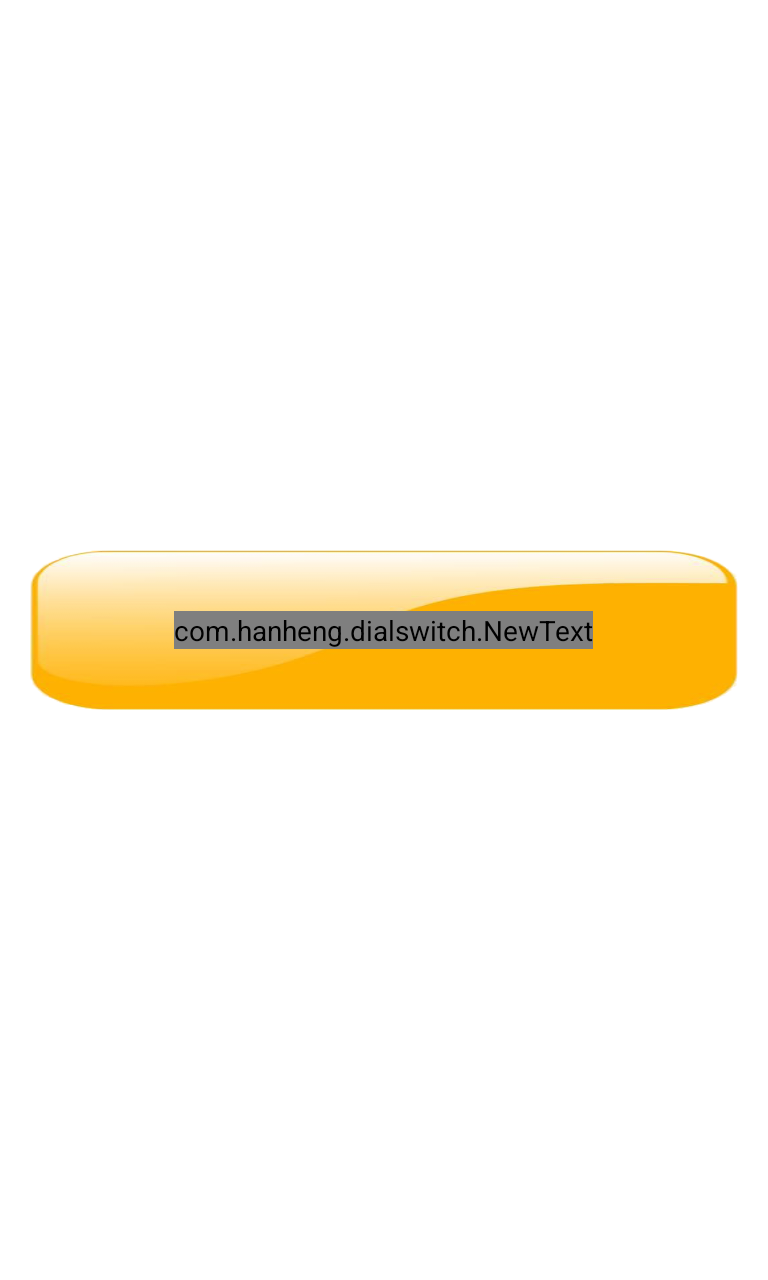
Repository: CovaWang/temporary_embedded
Layout: 7#车联·共享单车/代码/代码/res/layout/display.xml
An editor plug-in stored every save of this project. The layout is shown before and after the next save, followed by the edit.
Pictures or frames that could not be fetched are drawn as grey boxes. It is drawn on a 768 x 1280 px phone screen (xhdpi) without system bars, with theme AppTheme; the app's code is not run.

Above is the layout before, as saved 2024-05-15 11:28:37.

After the next save:
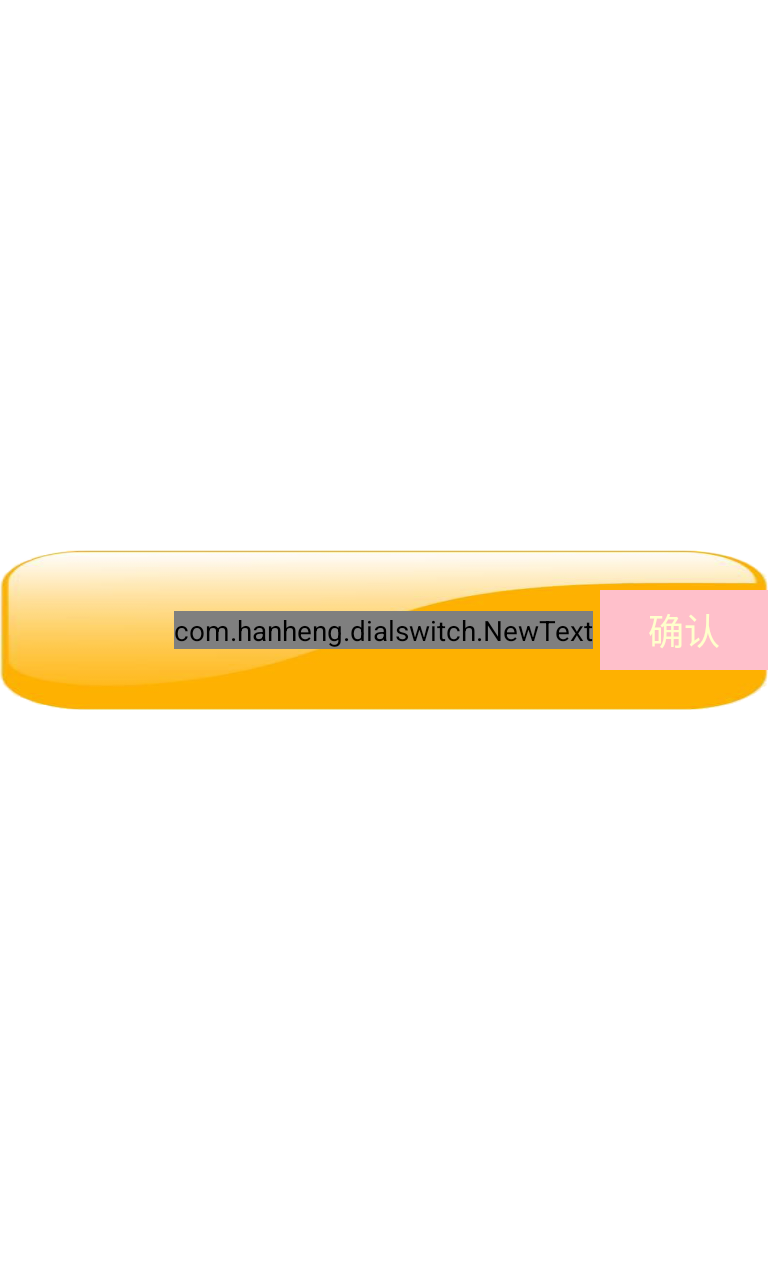
Saved 74 s later.
--- a/7#车联·共享单车/代码/代码/res/layout/display.xml
+++ b/7#车联·共享单车/代码/代码/res/layout/display.xml
@@ -31,6 +31,16 @@
             android:text="0000"
             android:textSize="60dp"
             android:textStyle="bold" />
+      <Button
+        android:id="@+id/temp_btn"
+        android:layout_width="100dp"
+        android:layout_height="40dp"
+        android:layout_marginTop="20dp"
+        android:layout_marginLeft="300dp"
+        android:background="#FFC0CB"
+        android:text="确认"
+        android:textColor="#FFC" />
+
     </RelativeLayout>
 
 </LinearLayout>
